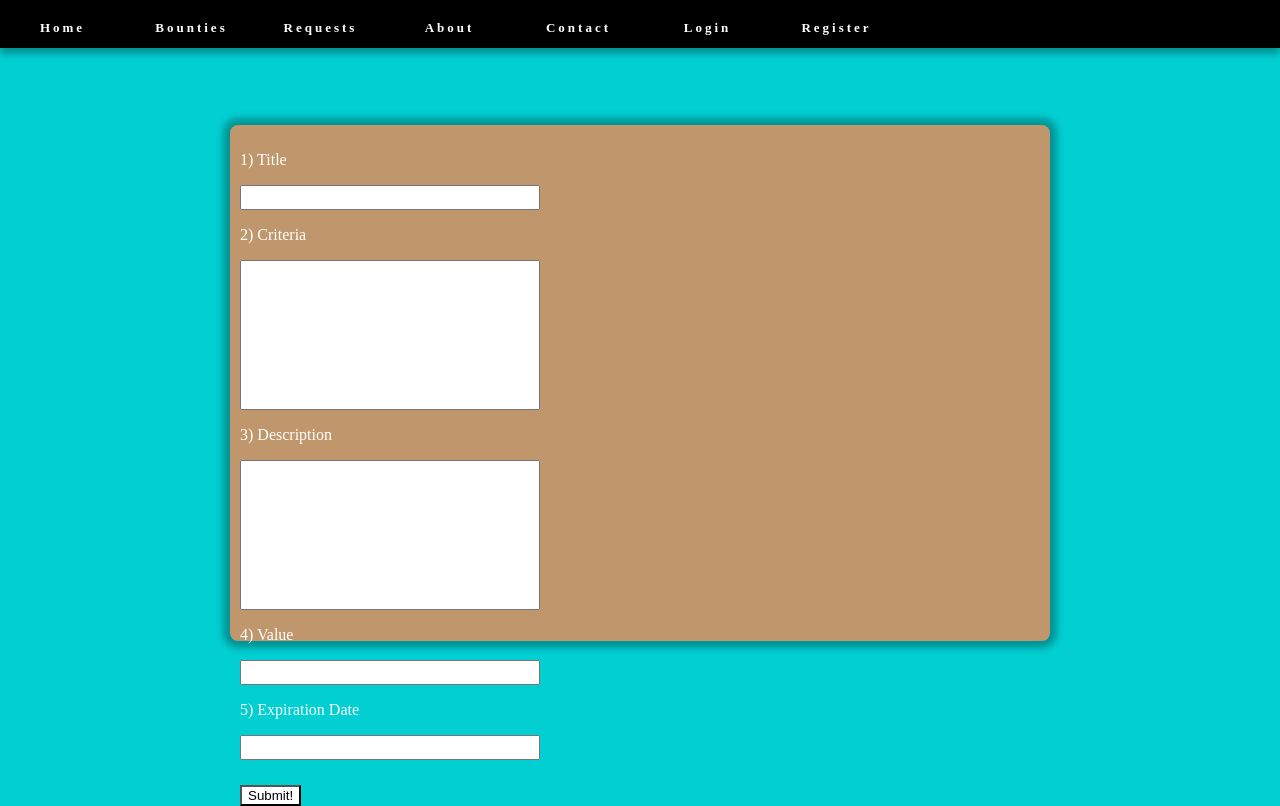
Repository: mailog/Tomorrow
Page: http://localhost/requests
The author's editor kept a copy of each file at every save. The page is drawn from the files as they stood at one save, then again after the next save.
The browser window is 1280 px wide. The pictures show the whole page.
The page is this project's Thymeleaf template; nobody is signed in. The template is opened directly, without the code that normally fills it, so the values that code supplies are empty.

Above is the page before, as saved 2017-07-29 02:58:39.

After the next save:
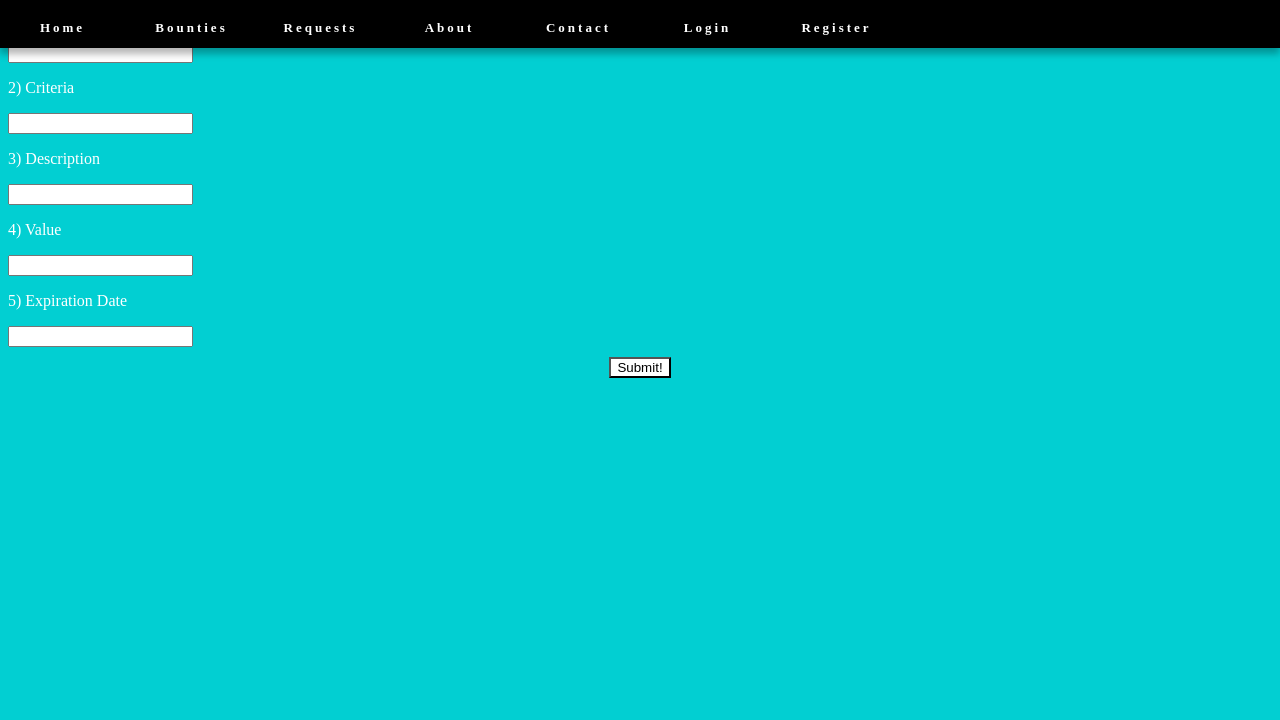
Saved 34 s later.
--- a/Tomorrow/src/main/resources/templates/requests.html
+++ b/Tomorrow/src/main/resources/templates/requests.html
@@ -2,7 +2,7 @@
 <head>
 <title>Requests</title>
 <link rel="stylesheet" type="text/css" href="/css/toolbar.css" />
-<link rel="stylesheet" type="text/css" href="/css/requests.css" />
+<link rel="stylesheet" type="text/css" href="/css/register.css" />
 </head>
 <body>
 

After the 2 saves that followed:
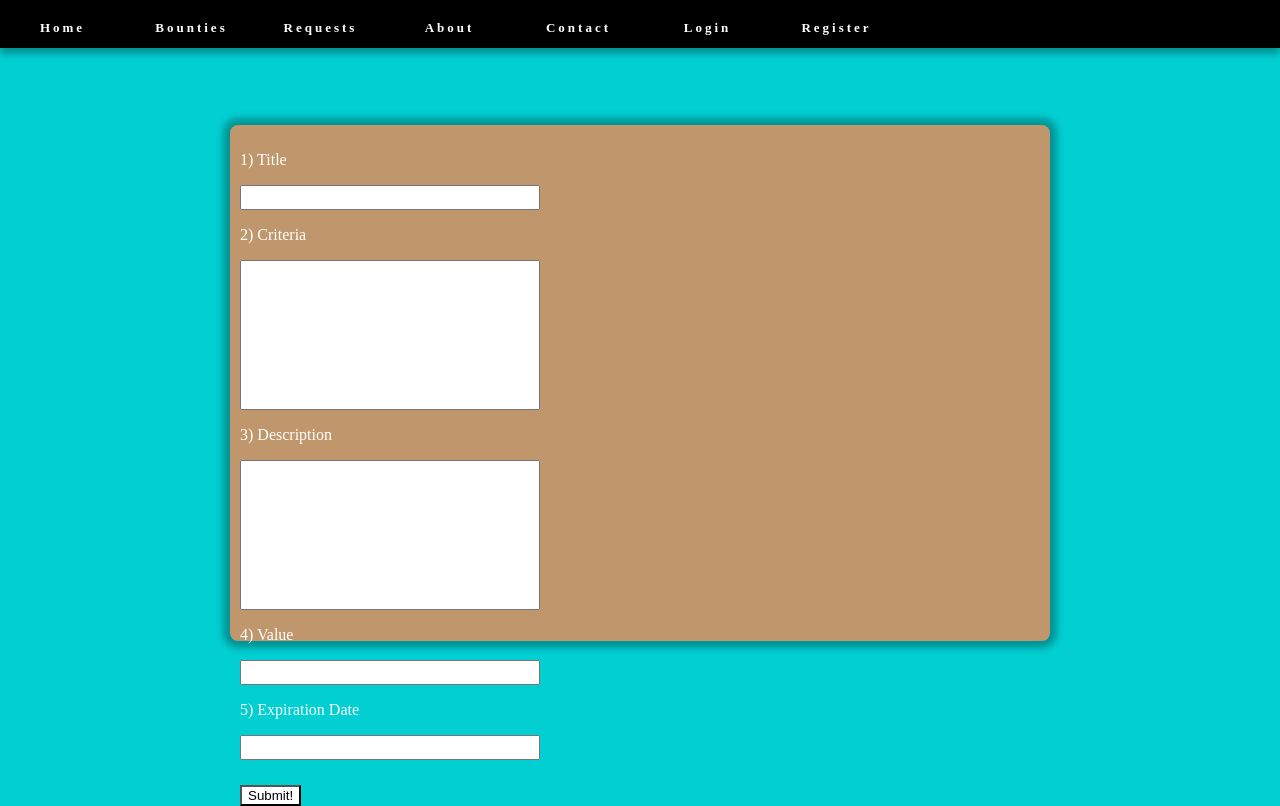
The 2 saves are shown as one change because 1 left the picture as it was.
The last was saved 12 s later.
--- a/Tomorrow/src/main/resources/templates/requests.html
+++ b/Tomorrow/src/main/resources/templates/requests.html
@@ -2,7 +2,7 @@
 <head>
 <title>Requests</title>
 <link rel="stylesheet" type="text/css" href="/css/toolbar.css" />
-<link rel="stylesheet" type="text/css" href="/css/register.css" />
+<link rel="stylesheet" type="text/css" href="/css/requests.css" />
 </head>
 <body>
 
